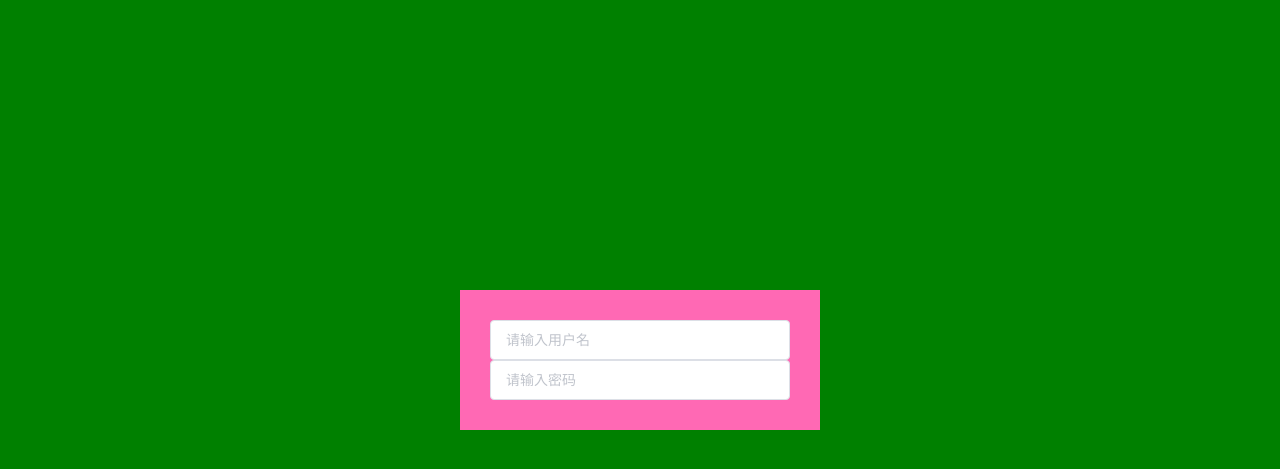
Repository: 385841539/VueStudy
Page: / (app in vue_cli/)
An editor plug-in stored every save of this project. The page is shown before and after the next save, followed by the edit.
The browser window is 1280 px wide. The pictures show the whole page.
The project was rebuilt for these pictures with package versions that can differ from the ones it lists, and the page was loaded fresh each time. Also part of the build but not shown: vue_cli/vue.config.js.

Above is the page before, as saved 2022-01-17 14:56:03.
Console error (its wording comes from the project's code and is left out).

### vue_cli/public/index.html
<!DOCTYPE html>
<html lang="">

<head>
  <meta charset="utf-8">
  <meta http-equiv="X-UA-Compatible" content="IE=edge">
  <meta name="viewport" content="width=device-width,initial-scale=1.0">
  <link rel="icon" href="<%= BASE_URL %>favicon.ico">
  <title>
    <%= htmlWebpackPlugin.options.title %>
  </title>
  <style>
    body {

      padding: 0px;
      margin: 0px;
      width: 100%;
      height: 100%;

    }
  </style>
</head>

<body>
  <noscript>
    <strong>We're sorry but <%= htmlWebpackPlugin.options.title %> doesn't work properly without JavaScript enabled.
        Please enable it to continue.</strong>
  </noscript>
  <div id="app"></div>
  <!-- built files will be auto injected -->
</body>

</html>

### vue_cli/src/main.js
import Vue from 'vue'
import App from './App.vue'
import './registerServiceWorker'
import router from './router'
import store from './store'

import ElementUI from 'element-ui';
import 'element-ui/lib/theme-chalk/index.css';
import http from 'axios'

Vue.use(ElementUI);
Vue.prototype.$http = http


Vue.config.productionTip = false

if (process.env.NODE_ENV == 'development') {

  require('@/api/mock')

}

new Vue({
  router,
  store,
  render: h => h(App)
}).$mount('#app')

### vue_cli/src/App.vue
<template>
  <div id="app">
    <!-- <p>这是一个P段落</p>
    <el-button>按钮</el-button>
    <el-button type="info">信息</el-button>
    <el-radio v-model="radio" label="1">备选项1</el-radio>
    <el-radio v-model="radio" label="2">备选项1</el-radio>

    <div>
      <router-link to="/">去home组件</router-link>
      <router-link to="/about">去about组件</router-link>
    </div> -->

    <router-view></router-view>
  </div>
</template>
<script>


export default {
  data() {
    return {
      radio: "1",
    };
  },
};
</script>


<style lang="scss">
#app {
  font-family: Avenir, Helvetica, Arial, sans-serif;
  -webkit-font-smoothing: antialiased;
  -moz-osx-font-smoothing: grayscale;
  text-align: center;
  color: #2c3e50;
}

#nav {
  padding: 30px;

  a {
    font-weight: bold;
    color: #2c3e50;

    &.router-link-exact-active {
      color: #42b983;
    }
  }
}
</style>

### vue_cli/src/router/index.js
import Vue from 'vue'
import VueRouter from 'vue-router'
import Main from '../views/Main.vue'

const originPush = VueRouter.prototype.push

VueRouter.prototype.push = function (location) {

  return originPush.call(this, location).catch(err => err)

}

Vue.use(VueRouter)

const routes = [
  {
    path: '/',
    name: 'main',
    component: Main,
    children: [

      {
        path: "/",
        name: "home",
        component: () => import('@/views/Home/Home')

      },
      {
        path: "/mall",
        name: "mall",
        component: () => import('@/views/Mall/Mall')

      },
      {
        path: "/user",
        name: "user",
        component: () => import('@/views/User/User')

      },
      {
        path: "/other",
        name: "other",
        component: () => import('@/views/Mall/Mall')

      },

    ]
  },
  {
    path: "/login",
    name: "login",
    component: () => import('@/views/Login/Login')

  }
]

const router = new VueRouter({
  mode: 'history',
  base: process.env.BASE_URL,
  routes
})

export default router

### vue_cli/src/store/index.js
import Vue from 'vue'
import Vuex from 'vuex'
import tab from "./tab"

Vue.use(Vuex)

export default new Vuex.Store({
  state: {
  },
  mutations: {
  },
  actions: {
  },
  modules: {
    tab
  }
})

### vue_cli/src/api/mock.js
import Mock from 'mockjs'

import homeApi from './mockServe/home'

Mock.mock('/api/home/getData', homeApi.getStatisticalData )

### vue_cli/src/views/Main.vue
<template>
  <el-container style="height: 100vh">
    <el-aside width="auto">
      <CommonAside></CommonAside>
    </el-aside>
    <el-container>
      <el-header>
        <CommonHeader></CommonHeader>
      </el-header>
      <div><CommonTag></CommonTag></div>
      <el-main>
        <router-view></router-view>
      </el-main>
    </el-container>
  </el-container>
</template>

<script>
// @ is an alias to /src
import CommonAside from "../components/CommonAside.vue";
import CommonHeader from "../components/CommonHeader.vue";
import CommonTag from "../components/CommonTag.vue";

export default {
  name: "main",
  components: {
    CommonAside,
    CommonHeader,
    CommonTag,
  },
  methods: {
    logicLoginState() {
      var userToken = localStorage.getItem("userToken");

      console.log("localToken" + userToken);
      if (!userToken) {
        this.$router.push({ name: "login" });
      }
    },
  },

  mounted() {
    this.logicLoginState();
  },
};
</script>
<style lang='scss' scoped>
.el-container {
  padding: 0px;
  max-width: 100%;
}
.el-aside {
  margin: 0px;
  padding: 0px;
}
.el-header {
  background-color: black;
  width: 100%;
  padding: 0%;
  margin: 0%;
}
.el-main {
  padding: 0px;
  height: 100%;
  width: 100%;
}
.router-view {
  padding: 0px;
  height: 100%;
  width: 100%;
}
</style>

### vue_cli/src/views/Home/Home.vue
<template>
  <div style="margin-left: 10px">
    <el-row :gutter="24">
      <el-col :span="8" style="margin-top: 20px">
        <el-card shadow="hover">
          <div class="user">
            <img :src="userImg" />
            <div class="userInfo">
              <p style="font-size: 30px">Admin</p>
              <p>超级管理员</p>
            </div>
          </div>

          <div class="loginInfo">
            <p>上次登录时间: <span>2021-7-9</span></p>
            <p>上次登录地点: <span>武汉</span></p>
          </div>
        </el-card>
        <el-card style="height: 470px; margin-top: 20px">
          <el-table :data="tableData">
            <el-table-column
              show-overflow-tooltip
              v-for="(value, key) in tableLabel"
              :key="key"
              :prop="key"
              :label="value"
            ></el-table-column>
          </el-table>
        </el-card>
      </el-col>
      <el-col :span="16" style="margin-top: 20px">
        <div class="num">
          <el-card
            shandow="hover"
            v-for="item in countData"
            :key="item.name"
            :body-style="{ display: 'flex', padding: 0 }"
          >
            <i
              class="icon"
              :class="`el-icon-${item.icon}`"
              :style="{ background: item.color }"
            ></i>
            <div class="detail">
              <p class="num">¥{{ item.value }}</p>
              <p class="txt">¥{{ item.name }}</p>
            </div>
          </el-card>
        </div>

        <el-card shadow="hover" style="height: 280px">
          <div style="height: 280px" ref="echart"></div>
        </el-card>

        <div class="graph">
          <el-card shadow="hover">
            <div style="height: 280px" ref="userEchart"></div>
          </el-card>
          <el-card shadow="hover">
            <div style="height: 280px" ref="videoEchart"></div>
          </el-card>

        </div>
      </el-col>
    </el-row>
  </div>
</template>



<script>
import { getMenu, getHome } from "../../api/data";
import * as echarts from "echarts";
// import Echart from "../../components/ECharts.vue";
export default {
  //   components: { Echart },
  data() {
    return {
      userImg: require("../../assets/images/user.png"),
      tableData: [],
      tableLabel: {
        name: "课程",
        todayBuy: "今日购买",
        monthBuy: "月销售额",
        totalBuy: "总购买量",
      },
      countData: [],
      ehcartData: {
        order: {
          legend: {
            // 图例文字颜色
            textStyle: {
              color: "#333",
            },
          },
          grid: {
            left: "20%",
          },
          // 提示框
          tooltip: {
            trigger: "axis",
          },
          xAxis: {
            type: "category", // 类目轴
            data: [],
            axisLine: {
              lineStyle: {
                color: "#17b3a3",
              },
            },
            axisLabel: {
              interval: 0,
              color: "#333",
            },
          },
          yAxis: [
            {
              type: "value",
              axisLine: {
                lineStyle: {
                  color: "#17b3a3",
                },
              },
            },
          ],
          color: [
            "#2ec7c9",
            "#b6a2de",
            "#5ab1ef",
            "#ffb980",
            "#d87a80",
            "#8d98b3",
          ],
          series: [],
        },

        user: {
          legend: {
            // 图例文字颜色
            textStyle: {
              color: "#333",
            },
          },
          grid: {
            left: "20%",
          },
          // 提示框
          tooltip: {
            trigger: "axis",
          },
          xAxis: {
            type: "category", // 类目轴
            data: [],
            axisLine: {
              lineStyle: {
                color: "#17b3a3",
              },
            },
            axisLabel: {
              interval: 0,
              color: "#333",
            },
          },
          yAxis: [
            {
              type: "value",
              axisLine: {
                lineStyle: {
                  color: "#17b3a3",
                },
              },
            },
          ],
          color: [
            "#2ec7c9",
            "#b6a2de",
            "#5ab1ef",
            "#ffb980",
            "#d87a80",
            "#8d98b3",
          ],
          series: [],
        },

        video: {
          tooltip: {
            trigger: "item",
          },
          color: [
            "#0f78f4",
            "#dd536b",
            "#9462e5",
            "#a6a6a6",
            "#e1bb22",
            "#39c362",
            "#3ed1cf",
          ],
          series: [],
        },
      },
    };
  },

  methods: {
    getTableData() {
      getHome().then((res) => {
        console.log(res);
        this.tableData = res.data.tableData;
        this.countData = res.data.countData;

        const order = res.data.orderData;
        this.ehcartData.order.xAxis.data = order.date;
        let keyArrray = Object.keys(order.data[0]);

        keyArrray.forEach((key) => {
          this.ehcartData.order.series.push({
            name: key,
            data: order.data.map((item) => item[key]),
            type: "line",
          });
        });

        const myEchartsOrder = echarts.init(this.$refs.echart);

        myEchartsOrder.setOption(this.ehcartData.order);
        //用户图
        this.ehcartData.user.xAxis.data = res.data.userData.map(
          (item) => item.date
        );

        this.ehcartData.user.series.push({
          name: "新增用户",
          data: res.data.userData.map((item) => item.new),
          type: "bar",
        });
        this.ehcartData.user.series.push({
          name: "活跃用户",
          data: res.data.userData.map((item) => item.active),
          type: "bar",
        });

        const userEcharts = echarts.init(this.$refs.userEchart);
        userEcharts.setOption(this.ehcartData.user);

        this.ehcartData.video.series.push({
          data: res.data.videoData,
          type: "pie",
        });

        const videoEcharts = echarts.init(this.$refs.videoEchart);
        videoEcharts.setOption(this.ehcartData.video);
      });
    },
  },
  mounted() {
    // getMenu().then((res) => {
    //   console.log(res);
    // });
    this.getTableData();
  },
};
</script>


<style  lang="scss" scoped>
// div {
//   background: blue;
//   height: 100%;
//   padding: 0px;
//   margin: 0px;
// }

.user {
  display: flex;
  align-items: center;
  justify-content: space-around;
  border-bottom: 2px solid rgb(194, 189, 189);

  padding-bottom: 20px;
  .userInfo {
    text-align: start;

    p {
      margin: 0px;
    }
  }
  img {
    width: 150px;
    height: 150px;
    border-radius: 50%;
  }
}

.loginInfo {
  // background-color: yellowgreen;
  margin-top: 0px;
  text-align: start;
  padding-left: 20px;

  span {
    margin-left: 50px;
  }
}

.num {
  display: flex;
  flex-wrap: wrap;
  justify-content: space-around;
  margin: 0px;
  .el-card {
    margin: 0px;
    width: 32%;
    margin-bottom: 20px;
    height: 80px;
  }
  .icon {
    font-size: 30px;
    width: 100px;
    height: 80px;
    color: white;
    line-height: 80px;
  }
  .detail {
    display: flex;
    flex-direction: column;
    justify-content: center;
    width: 100%;

    .num {
      font-size: 30px;

      justify-content: center;
    }
    .txt {
      font-size: 14px;
      justify-content: center;
    }
    p {
      margin: 0px;
    }
  }
}
.graph {
  display: flex;
  margin-top: 20px;
  .el-card {
    height: 320px;
    flex: 1;
  }
}
</style>

### vue_cli/src/views/Login/Login.vue
<template>
  <div class="out_login">
    <div class="login">
      <el-input placeholder="请输入用户名" v-model="userNmae"></el-input>
      <el-input
        placeholder="请输入密码"
        v-model="userPassword"
        show-password
      ></el-input>
    </div>
  </div>
</template>

<script>
export default {
  data() {
    return {
      userNmae: null,
      userPassword: null,
    };
  },
};
</script>

<style lang="scss" scoped>
.out_login {
  display: flex;
  height: 100vh;
  background-color: green;

  justify-content: center;

  .login {
    background-color: hotpink;

    align-self: center;
    // align-content: center;
    // align-self: center;

    width: 300px;
    padding: 30px;
  }
}
</style>

### vue_cli/src/store/tab.js
export default {


    state: {

        isCollapse: false,
        currentMenu: null,
        tabLists: [
            {
                path: '/',
                name: 'home',
                label: '首页',
                icon: 'home'

            }

        ]

    },
    mutations: {

        collaspseMenu(state) {
            state.isCollapse = !state.isCollapse

        },
        selectMenu(state, item) {

            console.log("--value---")
            console.log(item)


            if (item.name == "home") {
                state.currentMenu = null;
            } else {
                state.currentMenu = item;


                ///判断目前导航是否已经有了 这个tab
                let result = state.tabLists.findIndex(nowItem => item.name == nowItem.name)


                console.log("result--:" + result)

                result == -1 ? state.tabLists.push(item) : ""

            }


        },



        closeTag(state, item) {

            let result = state.tabLists.findIndex(nowItem => item.name == nowItem.name)


            if (result >= 0) {
                state.tabLists.splice(result, 1)
            }


        }



    }


}

### vue_cli/src/api/mockServe/home.js
// mock数据模拟
import Mock from 'mockjs'

// 图表数据
let List = []
export default {
  getStatisticalData: () => {
    //Mock.Random.float 产生随机数100到8000之间 保留小数 最小0位 最大0位
    for (let i = 0; i < 7; i++) {
      List.push(
        Mock.mock({
          苹果: Mock.Random.float(100, 8000, 0, 0),
          vivo: Mock.Random.float(100, 8000, 0, 0),
          oppo: Mock.Random.float(100, 8000, 0, 0),
          魅族: Mock.Random.float(100, 8000, 0, 0),
          三星: Mock.Random.float(100, 8000, 0, 0),
          小米: Mock.Random.float(100, 8000, 0, 0)
        })
      )
    }
    return {
      code: 200,
      data: {
        // 饼图
        videoData: [
          {
            name: '小米',
            value: 2999
          },
          {
            name: '苹果',
            value: 5999
          },
          {
            name: 'vivo',
            value: 1500
          },
          {
            name: 'oppo',
            value: 1999
          },
          {
            name: '魅族',
            value: 2200
          },
          {
            name: '三星',
            value: 4500
          }
        ],
        // 柱状图
        userData: [
          {
            date: '周一',
            new: 5,
            active: 200
          },
          {
            date: '周二',
            new: 10,
            active: 500
          },
          {
            date: '周三',
            new: 12,
            active: 550
          },
          {
            date: '周四',
            new: 60,
            active: 800
          },
          {
            date: '周五',
            new: 65,
            active: 550
          },
          {
            date: '周六',
            new: 53,
            active: 770
          },
          {
            date: '周日',
            new: 33,
            active: 170
          }
        ],
        // 折线图
        orderData: {
          date: ['20191001', '20191002', '20191003', '20191004', '20191005', '20191006', '20191007'],
          data: List
        },
        tableData: [
          {
            name: 'oppo111',
            todayBuy: 500,
            monthBuy: 3500,
            totalBuy: 22000
          },
          {
            name: 'vivo',
            todayBuy: 300,
            monthBuy: 2200,
            totalBuy: 24000
          },
          {
            name: '苹果',
            todayBuy: 800,
            monthBuy: 4500,
            totalBuy: 65000
          },
          {
            name: '小米',
            todayBuy: 1200,
            monthBuy: 6500,
            totalBuy: 45000
          },
          {
            name: '三星',
            todayBuy: 300,
            monthBuy: 2000,
            totalBuy: 34000
          },
          {
            name: '魅族',
            todayBuy: 350,
            monthBuy: 3000,
            totalBuy: 22000
          }
        ],
        countData: [
        {
          name: "今日支付订单",
          value: 1234,
          icon: "success",
          color: "#2ec7c9",
        },
        {
          name: "今日收藏订单",
          value: 210,
          icon: "star-on",
          color: "#ffb980",
        },
        {
          name: "今日未支付订单",
          value: 1234,
          icon: "s-goods",
          color: "#5ab1ef",
        },
        {
          name: "本月支付订单",
          value: 1234,
          icon: "success",
          color: "#2ec7c9",
        },
        {
          name: "本月收藏订单",
          value: 210,
          icon: "star-on",
          color: "#ffb980",
        },
        {
          name: "本月未支付订单",
          value: 1234,
          icon: "s-goods",
          color: "#5ab1ef",
        },
      ]
      }
    }
  }
}

### vue_cli/src/components/CommonAside.vue
<template>
  <el-menu
    class="el-menu-vertical-demo"
    :collapse="isCollapse"
    background-color="#545c64"
    text-color="#fff"
    active-text-color="#ffd04b"
  >
    <h3>{{ getName }}</h3>

    <el-menu-item
      :index="item.path"
      v-for="item in noChildren"
      :key="item.name"
      @click="clickMenu(item)"
    >
      <i :class="'el-icon-' + item.icon"></i>
      <span slot="title">{{ item.label }}</span>
    </el-menu-item>

    <el-submenu
      :index="item.label"
      v-for="item in hazChildren"
      :key="item.label"
    >
      <div slot="title">
        <i :class="'el-icon-' + item.icon"></i>
        <span>{{ item.label }}</span>
      </div>

      <el-menu-item-group>
        <el-menu-item
          v-for="(subItem, subIndex) in item.children"
          :index="subItem.path"
          :key="subIndex"
        >
          <i :class="'el-icon-' + subItem.icon"></i>
          <span slot="title">{{ subItem.label }}</span>
        </el-menu-item>
      </el-menu-item-group>
    </el-submenu>
  </el-menu>
</template>

<style lang="scss" scoped>
.el-menu-vertical-demo:not(.el-menu--collapse) {
  width: 200px;
  height: 100%;
  min-height: 400px;
}
.el-menu-vertical-demo {
  height: 100%;
}

.el-menu-item {
  justify-content: space-around;
  background-color: tomato;
}
.el-submenu {
  justify-content: space-around;
  background-color: green;
}
</style>


<script>
export default {
  data() {
    return {
      menu: [
        {
          path: "/",
          name: "home",
          label: "首页",
          icon: "s-home",
          url: "Home/Home",
        },
        {
          path: "/mall",
          name: "mall",
          label: "商品管理",
          icon: "video-play",
          url: "MallManage/MallManage",
        },
        {
          path: "/user",
          name: "user",
          label: "用户管理",
          icon: "user",
          url: "UserMange/UserMange",
        },
        {
          label: "其他",
          icon: "location",
          children: [
            {
              path: "/page1",
              name: "page1",
              label: "页面1",
              icon: "setting",
              url: "Other/PageOne",
            },
            {
              path: "/page2",
              name: "page2",
              label: "页面2",
              icon: "setting",
              url: "Other/PageTwo",
            },
          ],
        },
      ],
    };
  },
  methods: {
    clickMenu(item) {
      console.log(item);
      this.$router.push({ name: item.name });
      this.$store.commit("selectMenu", item);
    },
  },
  computed: {
    isCollapse() {
      return this.$store.state.tab.isCollapse;
    },
    getName() {
      if (this.isCollapse) return "后台";

      return "通用后台管理系统";
    },
    noChildren() {
      return this.menu.filter((item) => {
        console.log(item);
        return !item.children;
      });
    },
    hazChildren() {
      return this.menu.filter((item) => item.children);
    },
  },
};
</script>

### vue_cli/src/components/CommonHeader.vue
<template>
  <header>
    <div class="l-content">
      <el-button
        plain
        icon="el-icon-menu"
        size="mini"
        v-on:click="handleMenu"
      ></el-button>

      <el-breadcrumb separator="/">
        <el-breadcrumb-item :to="{ path: '/' }">首页</el-breadcrumb-item>
        <el-breadcrumb-item :to="{ path: currentMenu.path }" v-if="currentMenu">
          {{ currentMenu.label }}
        </el-breadcrumb-item>
      </el-breadcrumb>
    </div>

    <div class="r-content">
      <el-dropdown szie="mini" trigger="click">
        <span>
          <img :src="userImg" class="user" />
        </span>

        <el-dropdown-menu slot="dropdown">
          <el-dropdown-item>个人中心</el-dropdown-item>
          <el-dropdown-item>退出</el-dropdown-item>
        </el-dropdown-menu>
      </el-dropdown>
    </div>
  </header>
</template>



<script>
export default {
  data() {
    return {
      userImg: require("../assets/images/user.png"),
    };
  },

  computed: {
    currentMenu() {
      return this.$store.state.tab.currentMenu;
    },
  },
  methods: {
    handleMenu() {
      this.$store.commit("collaspseMenu");
    },
  },
};
</script>


<style  lang="scss" scoped>
header {
  display: flex;
  height: 100%;
  width: 100%;
  align-items: center;
  justify-content: space-between;
  padding: 0;
  margin: 0;
}

.home-title {
  color: white;
}

.l-content {
  display: flex;
  align-items: center;
  margin-left: 20px;
  .el-button {
    margin-right: 20px;
  }
}

.r-content {
  .user {
    width: 40px;
    height: 40px;
    border-radius: 50%;
    margin-right: 20px;
  }
}
.el-breadcrumb_item {
  .el-breadcrumb_inner {
    color: white;
    font-size: 1000px;
    text-emphasis-color: red;
  }
}
</style>

### vue_cli/src/components/CommonTag.vue
<template>
  <div class="tabs">
    <el-tag
      v-for="(tag, index) in tabLists"
      :key="tag.name"
      size="small"
      :closable="tag.name != 'home'"
      :effect="$route.name === tag.name ? 'dark' : 'plain'"
      @click="changeMenu(tag)"
      @close="handleClose(tag, index)"
      >{{ tag.label }}</el-tag
    >
  </div>
</template>

<script>
export default {
  computed: {
    tabLists() {
      // return [100];
      return this.$store.state.tab.tabLists;
    },
  },
  methods: {
    changeMenu(menu) {
      this.$router.push({ name: menu.name });
      this.$store.commit("selectMenu", menu);

      localStorage.setItem("insuranceCode", JSON.stringify(menu));
      var menu2 = localStorage.getItem("insuranceCode");
      console.log("menu");
      var mapMenu = JSON.parse(menu2);
      console.log(menu2);
      console.log(mapMenu.name);
    },

    handleClose(tag, index) {
      let length = this.tabLists.length - 1;

      console.log("path:" + tag.name);

      this.$store.commit("closeTag", tag);

      if (tag.name != this.$router.name) {
        return;
      }

      if (length == index) {
        this.$router.push({ name: this.tabLists[index - 1].name });
      } else {
        this.$router.push({ name: this.tabLists[index].name });
      }
    },
  },
};
</script>

<style>
.tabs {
  padding: 20px;
  display: flex;
  align-items: flex-start;
  flex-wrap: wrap;
}
.el-tag {
  margin-right: 10px;

  cursor: pointer;
}
</style>

### vue_cli/src/api/data.js
import axios from './axios'

// export const getMenu = () => {
//   return axios.request({
//     url: 'menu',
//     method: 'get'
//   })
// }

export const getHome = () => {
  return axios.request({
    url: '/home/getData',
    method: 'get'
  })
}

export const getUser = (params) => {
  return axios.request({
    url: '/user/getUser',
    method: 'get',
    params
  })
}

export const getMenu = (params) => {
  return axios.request({
    url: '/permission/getMenu',
    method: 'post',
    data: params
  })
}

### vue_cli/src/api/axios.js
// 二次封装axios 拦截器

import axios from 'axios'
import config from '../config/index'
// 设置配置 根据开发 和 生产环境不一样
const baseUrl = process.env.NODE_ENV === 'development' ? config.baseUrl.dev : config.baseUrl.pro
class HttpRequst {
  constructor(baseUrl) {
    this.baseUrl = baseUrl
  }
  getInsideConfig() {
    const config = {
      baseURL: this.baseUrl,
      header: {

      }
    }
    return config
  }
  interceptors(instance) {
    instance.interceptors.request.use(function (config) {
      // 在发送请求之前做些什么
      console.log('拦截处理请求');
      return config;
    }, function (error) {
      // 对请求错误做些什么
      return Promise.reject(error);
    });

    instance.interceptors.response.use(function (response) {
      console.log('处理相应');
      // 对响应数据做点什么
      return response.data;
    }, function (error) {
      console.log(error);
      // 对响应错误做点什么
      return Promise.reject(error);
    });
  }
  // {
  //   baseURL:'/rApi'
  // }
  request(options) {
    // 请求
    // /api/getList  /api/getHome
    const instanse = axios.create()
    // 技巧
    // /api // api1
    options = { ...(this.getInsideConfig()), ...options }
    console.log(options);
    this.interceptors(instanse)
    return instanse(options)
  }
}

export default new HttpRequst(baseUrl)

### vue_cli/src/config/index.js
export default {

    title: "admin",
    baseUrl: {

        //开发环境

        dev: '/api/',
        pro: ''

    }


}

Loaded but not shown: vue_cli/src/registerServiceWorker.js (common file)

After the next save:
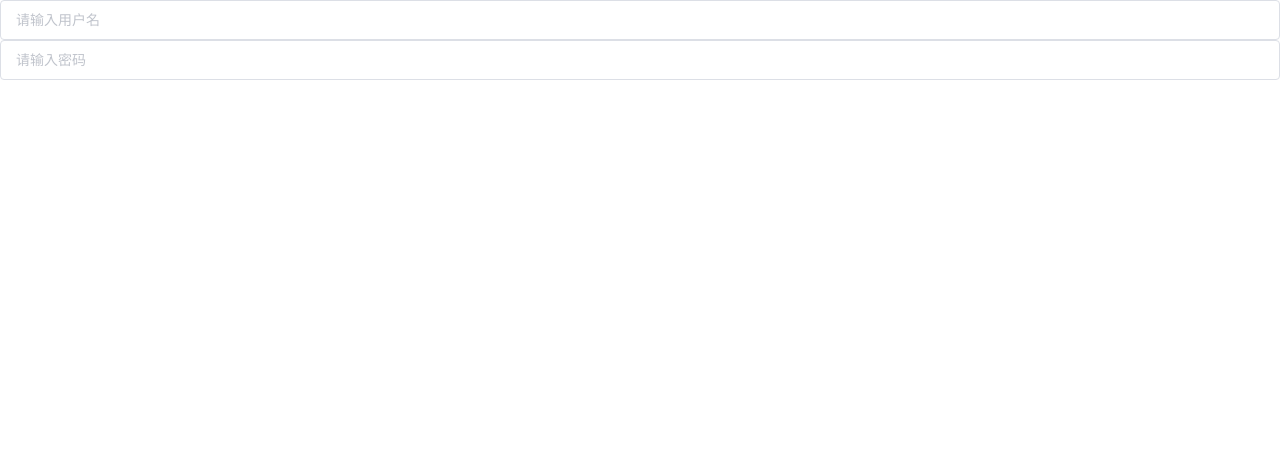
Saved 26 s later.
--- a/vue_cli/src/views/Login/Login.vue
+++ b/vue_cli/src/views/Login/Login.vue
@@ -1,5 +1,4 @@
 <template>
-  <div class="out_login">
     <div class="login">
       <el-input placeholder="请输入用户名" v-model="userNmae"></el-input>
       <el-input
@@ -7,7 +6,6 @@
         v-model="userPassword"
         show-password
       ></el-input>
-    </div>
   </div>
 </template>
 
